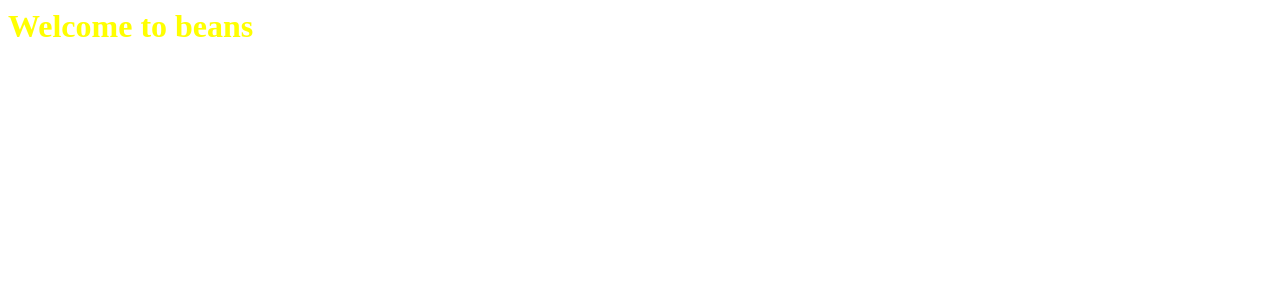
Repository: venugopalakrishnamylavarapu/Naresh-It-Full-Stack-java-Developer
Page: http://localhost/JSP/bean.jsp
An editor plug-in stored every save of this project. The page is shown before and after the next save, followed by the edit.
The browser window is 1280 px wide. The pictures show the whole page.
The page is served by Tomcat 9.

Above is the page before, as saved 2023-03-16 12:48:32.

After the next save:
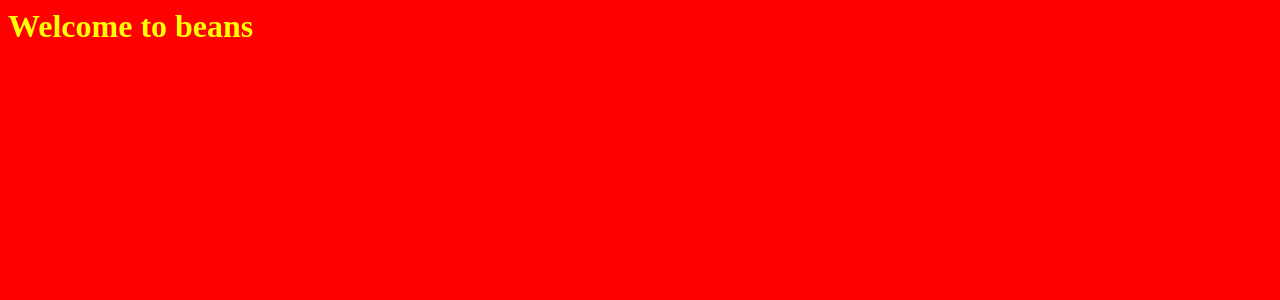
Saved 4 s later.
--- a/Advanced Java/Coding/JSP/src/main/webapp/bean.jsp
+++ b/Advanced Java/Coding/JSP/src/main/webapp/bean.jsp
@@ -1,5 +1,5 @@
 <html>
-<body bgcoloe=red text=yellow>
+<body bgcolor=red text=yellow>
 <h1>
 <jsp:useBean id="mb" class="bean.MessageBean"/>
 <jsp:setProperty name="mb" property="message" value="Welcome to beans"/>
